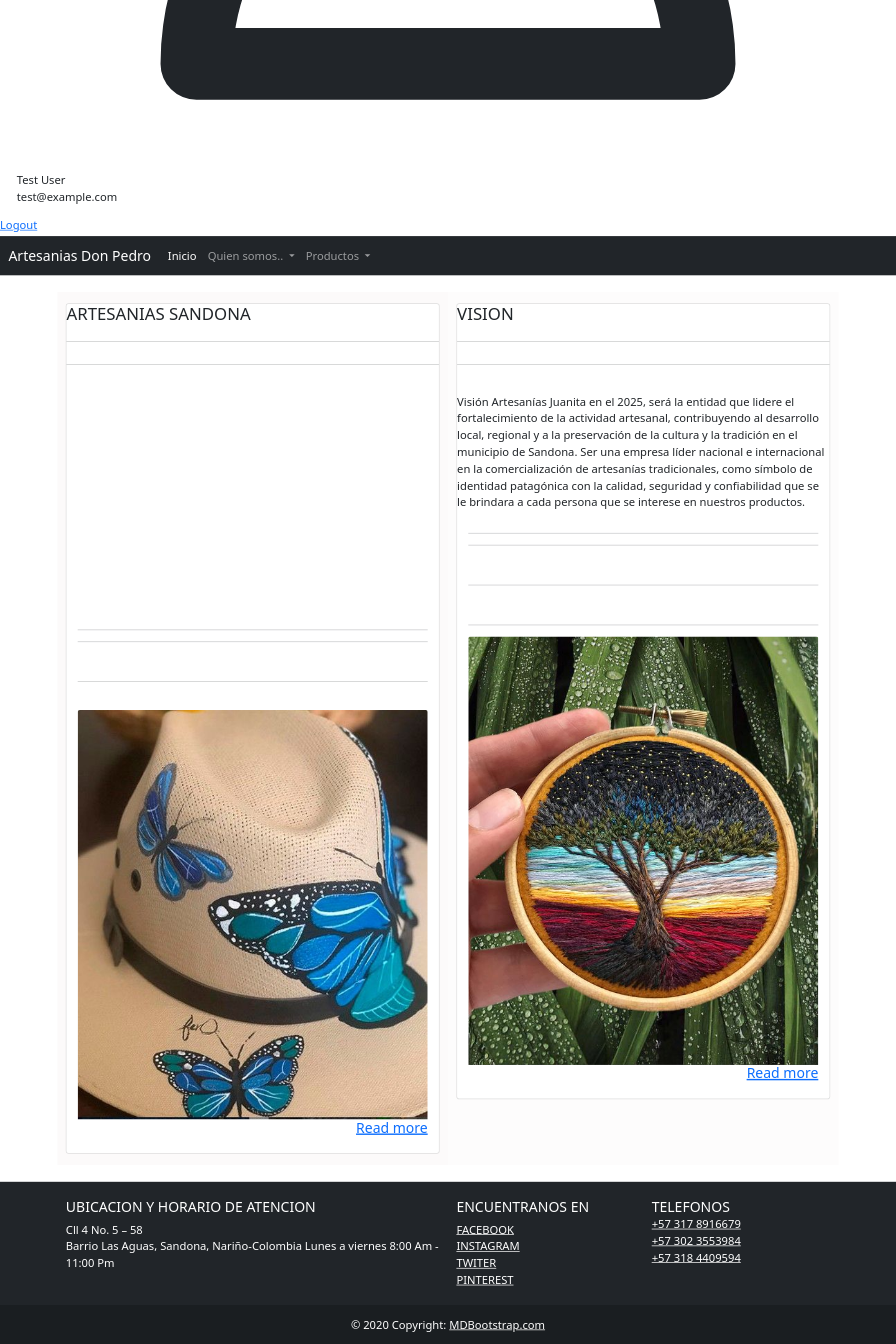
Repository: PG210/taller_artesania
Page: http://localhost/arte/vision
The author's editor kept a copy of each file at every save. The page is drawn from the files as they stood at one save, then again after the next save.
The browser window is 1280 px wide. The pictures show the part of the page from y = 2506 to 4426 px (the page is 4426 px tall), at 70% of full size.
Pictures or frames that could not be fetched are drawn as grey boxes. The page is served by the project's Laravel application, run on PHP 8.4 with Laravel 8. A made-up administrator, Test User (test@example.com), is signed in. Other server files are loaded and not shown.

Above is the page before, as saved 2021-01-14 16:28:46.

### routes/web.php
<?php

use Illuminate\Support\Facades\Route;
use App\Http\Controllers\Productos;

/*
|--------------------------------------------------------------------------
| Web Routes
|--------------------------------------------------------------------------
|
| Here is where you can register web routes for your application. These
| routes are loaded by the RouteServiceProvider within a group which
| contains the "web" middleware group. Now create something great!
|
*/

Route::get('/', function () {
    return view('welcome');
});
//ruta mision vision
Route::get('arte/vision', function () {
    return view('arte.vision');
});
//histortia
Route::get('arte/historia', function () {
    return view('arte.historia');
});
Route::get('arte/mision', function () {
    return view('arte.mision');
});

//ubicacion
Route::get('arte/ubicacion', function () {
    return view('arte.ubicacion');
});
//productos
Route::get('/productos', [Productos::class, 'index']);

Route::get('/dashboard', function () {
    return view('dashboard');
})->middleware(['auth'])->name('dashboard');

require __DIR__.'/auth.php';

### resources/views/arte/vision.blade.php
 @extends('layouts.app') @section('content')





<div class="container">

    <div class="row">

        <!--tarjeta 1 mision hotel-->
        <div class="col-lg-6" style="background-color:rgb(252, 250, 250)">

            <p>
                <!-- Card Dark -->

                <div class="card">

                    <h4 class="card-title">ARTESANIAS SANDONA</h4>
                    <!-- Card image -->
                    <hr class="hr-light">
                    <hr class="hr-light">


                    <div class="container">
                        <br>
                        <div class="view overlay ">
                            <video loop="true " muted autoplay width="530 " height="300 ">
                                <source src='{{url("/img/video.mp4")}}' type="video/mp4 " alt="Card image cap ">
                            <a>
                                <div class="mask " style=" background-color: rgba(230, 179, 179, 0.5) "></div>
                            </a>
                        </div>
                        </div>


                    <!-- Card content -->
                    <div class="card-body elegant-color white-text rounded-bottom">

                        <!-- Social shares button -->

                        <!-- Title -->
                        <h4 class="card-title"></h4>
                        <hr class="hr-light">
                        <hr class="hr-light">
                        <br>
                        <hr class="hr-light">
                        <br>

                        <div class="view overlay">
                            <img class="card-img-top" src="../img/6.jpg" alt="Card image cap">
                            <a>
                                <div class="mask rgba-white-slight"></div>
                            </a>
                        </div>



                        <!-- Link -->
                        <a href="#!" class="white-text d-flex justify-content-end">
                            <h5>Read more <i class="fas fa-angle-double-right"></i></h5>
                        </a>

                    </div>



                </div>
                <!-- Card Dark -->
            </p>
        </div>



        <!--tarjeta dos vision-->
        <div class="col-lg-6" style="background-color:rgb(253, 252, 252)">

            <p>
                <!-- Card Dark -->
                <div class="card">

                    <h4 class="card-title">VISION</h4>
                        <hr class="hr-light">
                        <hr class="hr-light">
                        <br>
                       Visión
                          Artesanías Juanita en el 2025, será la entidad que lidere el fortalecimiento de la actividad artesanal, contribuyendo al desarrollo local, regional y a la preservación de la cultura y la tradición en el municipio de Sandona.
                        Ser una empresa líder nacional e internacional en la comercialización de artesanías tradicionales, como símbolo de identidad patagónica con la calidad, seguridad y confiabilidad que se le brindara a cada persona que se interese en nuestros productos.

                    <!-- Card content -->
                    <div class="card-body elegant-color white-text rounded-bottom">

                        <!-- Social shares button -->

                        <!-- Title -->
                        <h4 class="card-title"></h4>
                        <hr class="hr-light">
                        <hr class="hr-light">
                        <br>

                        <hr class="hr-light">
                        <br>
                        <hr class="hr-light">
                        <div class="view overlay">
                            <img class="card-img-top" src="../img/5.jpg" alt="Card image cap">
                            <a>
                                <div class="mask rgba-white-slight"></div>
                            </a>
                        </div>


                        <!-- Link -->
                        <a href="#!" class="white-text d-flex justify-content-end">
                            <h5>Read more <i class="fas fa-angle-double-right"></i></h5>
                        </a>

                    </div>

                </div>
                <!-- Card Dark -->
            </p>
        </div>
    </div>
</div>




</div>
@stop

### resources/views/layouts/app.blade.php
<!DOCTYPE html>
<html lang="{{ str_replace('_', '-', app()->getLocale()) }}">
    <head>
        <meta charset="utf-8">
        <meta name="viewport" content="width=device-width, initial-scale=1">
        <meta name="csrf-token" content="{{ csrf_token() }}">

        <title>{{ config('app.name', 'Laravel') }}</title>

        <!-- Fonts -->
        <link rel="stylesheet" href="https://fonts.googleapis.com/css2?family=Nunito:wght@400;600;700&display=swap">
        <link href="{{ url('/assets/bootstrap/css/bootstrap.min.css') }}" rel="stylesheet">
        <!-- Styles -->
        <link rel="stylesheet" href="{{ asset('css/app.css') }}">

        <!-- Scripts -->
        <script src="{{ asset('js/app.js') }}" defer></script>


    </head>

    <body class="font-sans antialiased">
        <div class="min-h-screen bg-gray-100">
            @include('layouts.navigation')

            <nav class="navbar navbar-expand-lg navbar navbar-dark bg-dark">
  <div class="container-fluid">
    <a class="navbar-brand" href="#">Artesanias Don Pedro</a>
    <button class="navbar-toggler" type="button" data-bs-toggle="collapse" data-bs-target="#navbarNavDropdown" aria-controls="navbarNavDropdown" aria-expanded="false" aria-label="Toggle navigation">
      <span class="navbar-toggler-icon"></span>
    </button>
    <div class="collapse navbar-collapse" id="navbarNavDropdown">
      <ul class="navbar-nav">
        <li class="nav-item">
          <a class="nav-link active" aria-current="page" href="#">Inicio</a>
        </li>


        <li class="nav-item dropdown">
          <a class="nav-link dropdown-toggle" href="#" id="navbarDropdownMenuLink" role="button" data-bs-toggle="dropdown" aria-expanded="false">
            Quien somos..
          </a>
          <ul class="dropdown-menu" aria-labelledby="navbarDropdownMenuLink">
            <li><a class="dropdown-item" href="{{url('/arte/mision')}}">Mision</a></li>
            <li><a class="dropdown-item" href="{{url('/arte/vision')}}">Vision</a></li>
            <li><a class="dropdown-item" href="{{url('/arte/ubicacion')}}">Ubicacion</a></li>
            <li><a class="dropdown-item" href="{{url('/arte/historia')}}">Historia</a></li>
          </ul>
        </li>

        <li class="nav-item dropdown">
          <a class="nav-link dropdown-toggle" href="#" id="navbarDropdownMenuLink" role="button" data-bs-toggle="dropdown" aria-expanded="false">
            Productos
          </a>
          <ul class="dropdown-menu" aria-labelledby="navbarDropdownMenuLink">
            <li><a class="dropdown-item" href="{{url('/productos')}}">Sombreros</a></li>
            <li><a class="dropdown-item" href="#">Mochilas</a></li>
            <li><a class="dropdown-item" href="#">Tejidos</a></li>
            <li><a class="dropdown-item" href="#">Visuterias</a></li>
            <li><a class="dropdown-item" href="#">Ofertas</a></li>
          </ul>
        </li>
      </ul>
    </div>
  </div>
</nav>
<br>
            <!-- Page Heading -->
            <div class="container">
           @yield('content')
           </div>
        </div>
<!--footer-->
<br>
        <footer class="bg-dark text-white text-center text-lg-start">
  <!-- Grid container -->
  <div class="container p-4">
    <!--Grid row-->
    <div class="row">
      <!--Grid column-->
      <div class="col-lg-6 col-md-12 mb-4 mb-md-0">
        <h5 class="text-uppercase">Ubicacion y Horario de Atencion</h5>

        <p>
        <bFooterr>
        Cll 4 No. 5 – 58<br>
        Barrio Las Aguas, Sandona, Nariño-Colombia
        Lunes a viernes 8:00 Am - 11:00 Pm
        </p>
      </div>
      <!--Grid column-->

      <!--Grid column-->
      <div class="col-lg-3 col-md-6 mb-4 mb-md-0">
        <h5 class="text-uppercase">Encuentranos en</h5>

        <ul class="list-unstyled mb-0">
          <li>
            <a href="#!" class="text-white">FACEBOOK</a>
          </li>
          <li>
            <a href="#!" class="text-white">INSTAGRAM</a>
          </li>
          <li>
            <a href="#!" class="text-white">TWITER</a>
          </li>
          <li>
            <a href="#!" class="text-white">PINTEREST</a>
          </li>
        </ul>
      </div>
      <!--Grid column-->

      <!--Grid column-->
      <div class="col-lg-3 col-md-6 mb-4 mb-md-0">
        <h5 class="text-uppercase mb-0">TELEFONOS</h5>

        <ul class="list-unstyled">
          <li>
            <a href="#!" class="text-white">+57 317 8916679</a>
          </li>
          <li>
            <a href="#!" class="text-white">+57 302 3553984</a>
          </li>
          <li>
            <a href="#!" class="text-white">+57 318 4409594</a>
          </li>

        </ul>
      </div>
      <!--Grid column-->
    </div>
    <!--Grid row-->
  </div>
  <!-- Grid container -->

  <!-- Copyright -->
  <div class="text-center p-3" style="background-color: rgba(0, 0, 0, 0.2)">
    © 2020 Copyright:
    <a class="text-white" href="https://mdbootstrap.com/">MDBootstrap.com</a>
  </div>
  <!-- Copyright -->
</footer>
<!--end footer-->



        <script src="https://code.jquery.com/jquery-3.5.1.slim.min.js" integrity="sha384-DfXdz2htPH0lsSSs5nCTpuj/zy4C+OGpamoFVy38MVBnE+IbbVYUew+OrCXaRkfj" crossorigin="anonymous"></script>
        <script src="https://cdn.jsdelivr.net/npm/popper.js@1.16.1/dist/umd/popper.min.js" integrity="sha384-9/reFTGAW83EW2RDu2S0VKaIzap3H66lZH81PoYlFhbGU+6BZp6G7niu735Sk7lN" crossorigin="anonymous"></script>
       <script type="text/javascript" src="{{ url('/assets/bootstrap/js/bootstrap.min.js') }}"></script>
    </body>
</html>

### resources/views/layouts/navigation.blade.php
<nav x-data="{ open: false }" class="bg-white border-b border-gray-100">
    <!-- Primary Navigation Menu -->
    <!--aqui cambiar-->
    <div class=" navbar-dark bg-indigo">
        <div class="flex justify-between h-16">
            <div class="flex">
                <!-- Logo -->
                <div class="flex-shrink-0 flex items-center">
                    <a href="{{ route('dashboard') }}">
                        <x-application-logo class="block h-10 w-auto fill-current text-gray-600" />
                    </a>
                </div>

                <!-- Navigation Links -->
                <div class="hidden space-x-8 sm:-my-px sm:ml-10 sm:flex">
                    <x-nav-link :href="route('dashboard')" :active="request()->routeIs('dashboard')">
                        {{ __('Bienvenidos! Tienda Virtual') }}
                    </x-nav-link>
                </div>
            </div>

            <!-- Settings Dropdown -->
            <div class="hidden sm:flex sm:items-center sm:ml-6">
                <x-dropdown align="right" width="48">
                    <x-slot name="trigger">
                        <button class="flex items-center text-sm font-medium text-gray-500 hover:text-gray-700 hover:border-gray-300 focus:outline-none focus:text-gray-700 focus:border-gray-300 transition duration-150 ease-in-out">
                            <div>{{ Auth::user()->name }}</div>

                            <div class="ml-1">
                                <svg class="fill-current h-4 w-4" xmlns="http://www.w3.org/2000/svg" viewBox="0 0 20 20">
                                    <path fill-rule="evenodd" d="M5.293 7.293a1 1 0 011.414 0L10 10.586l3.293-3.293a1 1 0 111.414 1.414l-4 4a1 1 0 01-1.414 0l-4-4a1 1 0 010-1.414z" clip-rule="evenodd" />
                                </svg>
                            </div>
                        </button>
                    </x-slot>

                    <x-slot name="content">
                        <!-- Authentication -->
                        <form method="POST" action="{{ route('logout') }}">
                            @csrf

                            <x-dropdown-link :href="route('logout')"
                                    onclick="event.preventDefault();
                                                this.closest('form').submit();">
                                {{ __('Logout') }}
                            </x-dropdown-link>
                        </form>
                    </x-slot>
                </x-dropdown>
            </div>

            <!-- Hamburger -->
            <div class="-mr-2 flex items-center sm:hidden">
                <button @click="open = ! open" class="inline-flex items-center justify-center p-2 rounded-md text-gray-400 hover:text-gray-500 hover:bg-gray-100 focus:outline-none focus:bg-gray-100 focus:text-gray-500 transition duration-150 ease-in-out">
                    <svg class="h-6 w-6" stroke="currentColor" fill="none" viewBox="0 0 24 24">
                        <path :class="{'hidden': open, 'inline-flex': ! open }" class="inline-flex" stroke-linecap="round" stroke-linejoin="round" stroke-width="2" d="M4 6h16M4 12h16M4 18h16" />
                        <path :class="{'hidden': ! open, 'inline-flex': open }" class="hidden" stroke-linecap="round" stroke-linejoin="round" stroke-width="2" d="M6 18L18 6M6 6l12 12" />
                    </svg>
                </button>
            </div>
        </div>
    </div>

    <!-- Responsive Navigation Menu -->
    <div :class="{'block': open, 'hidden': ! open}" class="hidden sm:hidden">
        <div class="pt-2 pb-3 space-y-1">
            <x-responsive-nav-link :href="route('dashboard')" :active="request()->routeIs('dashboard')">
                {{ __('Dashboard') }}
            </x-responsive-nav-link>
        </div>

        <!-- Responsive Settings Options -->
        <div class="pt-4 pb-1 border-t border-gray-200">
            <div class="flex items-center px-4">
                <div class="flex-shrink-0">
                    <svg class="h-10 w-10 fill-current text-gray-400" xmlns="http://www.w3.org/2000/svg" fill="none" viewBox="0 0 24 24" stroke="currentColor">
                        <path stroke-linecap="round" stroke-linejoin="round" stroke-width="2" d="M16 7a4 4 0 11-8 0 4 4 0 018 0zM12 14a7 7 0 00-7 7h14a7 7 0 00-7-7z" />
                    </svg>
                </div>

                <div class="ml-3">
                    <div class="font-medium text-base text-gray-800">{{ Auth::user()->name }}</div>
                    <div class="font-medium text-sm text-gray-500">{{ Auth::user()->email }}</div>
                </div>
            </div>

            <div class="mt-3 space-y-1">
                <!-- Authentication -->
                <form method="POST" action="{{ route('logout') }}">
                    @csrf

                    <x-responsive-nav-link :href="route('logout')"
                            onclick="event.preventDefault();
                                        this.closest('form').submit();">
                        {{ __('Logout') }}
                    </x-responsive-nav-link>
                </form>
            </div>
        </div>
    </div>
</nav>

Loaded but not shown: routes/auth.php (common file); app/Models/User.php (common file); resources/views/components/application-logo.blade.php (common file); resources/views/components/nav-link.blade.php (common file); resources/views/components/dropdown-link.blade.php (common file); resources/views/components/dropdown.blade.php (common file); resources/views/components/responsive-nav-link.blade.php (common file); public/assets/bootstrap/css/bootstrap.min.css (library); public/assets/bootstrap/js/bootstrap.min.js (library); public/js/app.js (library)

After the next save:
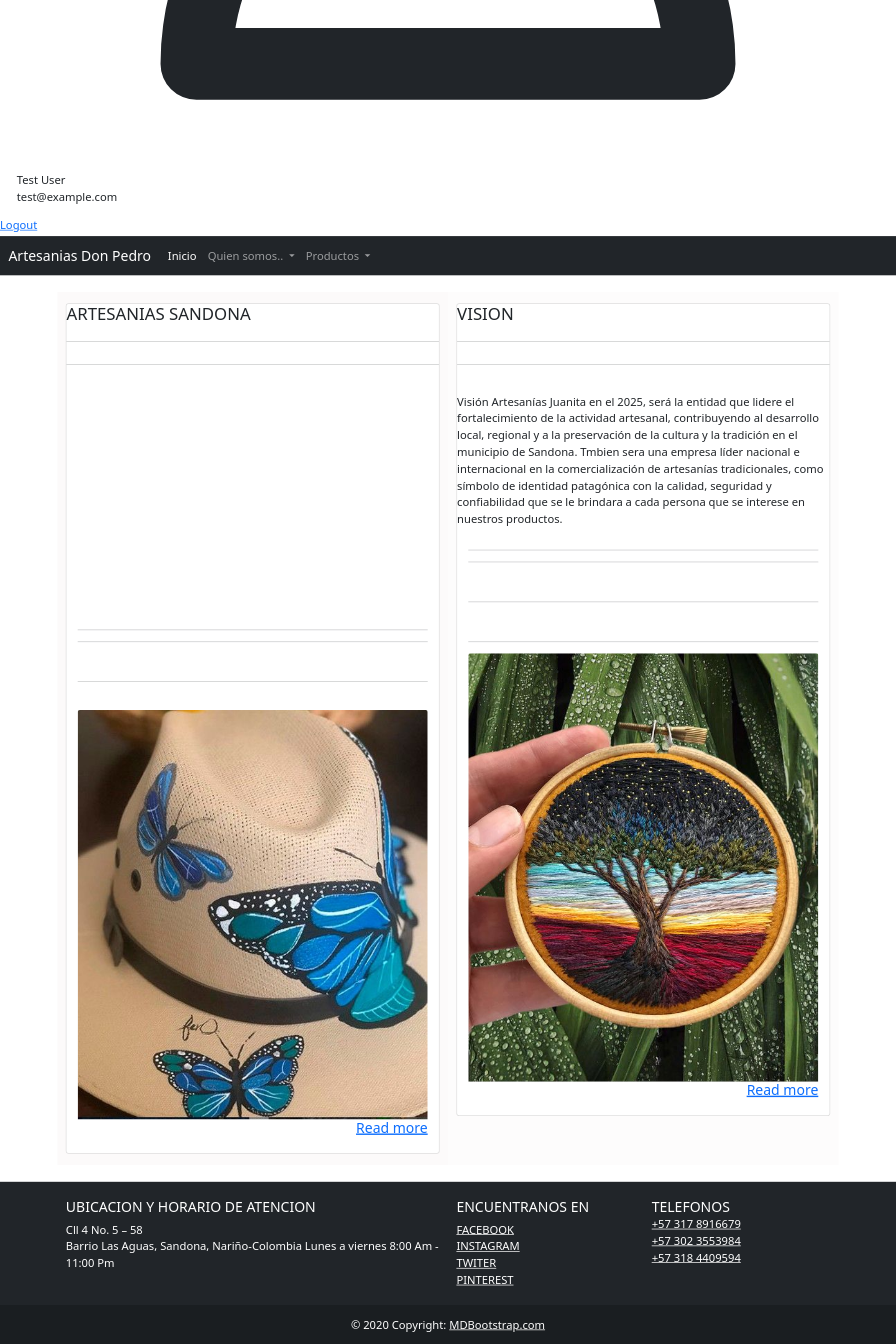
Saved 47 s later.
--- a/resources/views/arte/vision.blade.php
+++ b/resources/views/arte/vision.blade.php
@@ -85,7 +85,7 @@
                         <br>
                        Visión
                           Artesanías Juanita en el 2025, será la entidad que lidere el fortalecimiento de la actividad artesanal, contribuyendo al desarrollo local, regional y a la preservación de la cultura y la tradición en el municipio de Sandona.
-                        Ser una empresa líder nacional e internacional en la comercialización de artesanías tradicionales, como símbolo de identidad patagónica con la calidad, seguridad y confiabilidad que se le brindara a cada persona que se interese en nuestros productos.
+                       Tmbien sera una empresa líder nacional e internacional en la comercialización de artesanías tradicionales, como símbolo de identidad patagónica con la calidad, seguridad y confiabilidad que se le brindara a cada persona que se interese en nuestros productos.
 
                     <!-- Card content -->
                     <div class="card-body elegant-color white-text rounded-bottom">
